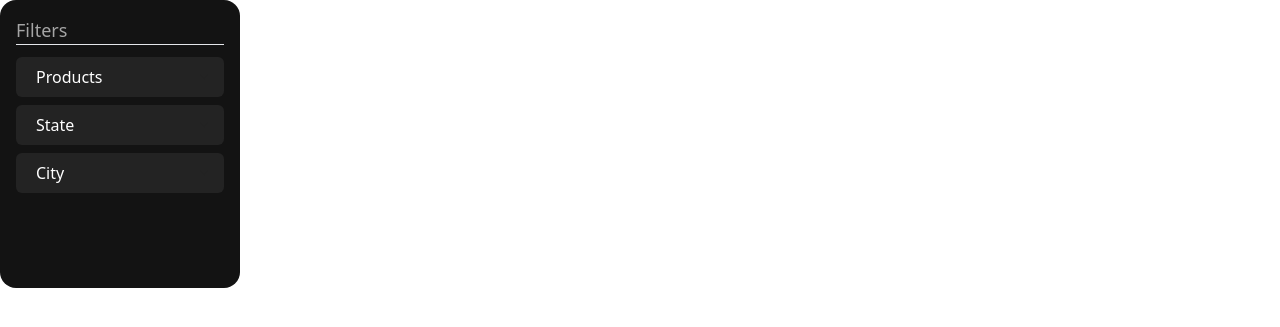
Repository: SayedJamil/Edvora-app
Page: /leftcard
The author's editor kept a copy of each file at every save. The page is drawn from the files as they stood at one save, then again after a run of saves.
The browser window is 1280 px wide. The pictures show the whole page.
The project was rebuilt for these pictures with package versions that can differ from the ones it lists, and the page was loaded fresh each time. The framework's server and built-in components were replaced by stand-ins that run in the browser. Also part of the build but not shown: next.config.js.

Above is the page before, as saved 2021-12-19 16:11:31.

### pages/leftcard.js
function leftcard() {
    return (
        <div className="h-72 w-60 bg-[#131313] rounded-2xl p-4">
            <h3 className="text-[#A5A5A5] font-light text-lg">Filters</h3>
            <div className="w-full bg-gray-200 h-px mb-3"></div>
            <div class="relative inline-flex w-full mb-2">
                <svg class="w-2 h-2 absolute top-0 right-0 m-4 pointer-events-none" xmlns="http://www.w3.org/2000/svg" viewBox="0 0 412 232"><path d="M206 171.144L42.678 7.822c-9.763-9.763-25.592-9.763-35.355 0-9.763 9.764-9.763 25.592 0 35.355l181 181c4.88 4.882 11.279 7.323 17.677 7.323s12.796-2.441 17.678-7.322l181-181c9.763-9.764 9.763-25.592 0-35.355-9.763-9.763-25.592-9.763-35.355 0L206 171.144z" fill="#232323" fill-rule="nonzero" /></svg>
                <select class="rounded-md h-10 pl-5 pr-10 bg-[#232323] hover:border-[#232323] focus:outline-none appearance-none outline-none text-white w-full">
                    <option>Products </option>
                    <option>Product 1</option>
                    <option>Product 2</option>
                </select>
            </div>

            <div class="relative inline-flex w-full mb-2">
                <svg class="w-2 h-2 absolute top-0 right-0 m-4 pointer-events-none" xmlns="http://www.w3.org/2000/svg" viewBox="0 0 412 232"><path d="M206 171.144L42.678 7.822c-9.763-9.763-25.592-9.763-35.355 0-9.763 9.764-9.763 25.592 0 35.355l181 181c4.88 4.882 11.279 7.323 17.677 7.323s12.796-2.441 17.678-7.322l181-181c9.763-9.764 9.763-25.592 0-35.355-9.763-9.763-25.592-9.763-35.355 0L206 171.144z" fill="#232323" fill-rule="nonzero" /></svg>
                <select class="rounded-md h-10 pl-5 pr-10 bg-[#232323] hover:border-[#232323] focus:outline-none appearance-none outline-none text-white w-full">
                    <option>State </option>
                    <option>State 1</option>
                    <option>State 2</option>
                    <option>State 3</option>
                </select>
            </div>
            <div class="relative inline-flex w-full mb-2">
                <svg class="w-2 h-2 absolute top-0 right-0 m-4 pointer-events-none" xmlns="http://www.w3.org/2000/svg" viewBox="0 0 412 232"><path d="M206 171.144L42.678 7.822c-9.763-9.763-25.592-9.763-35.355 0-9.763 9.764-9.763 25.592 0 35.355l181 181c4.88 4.882 11.279 7.323 17.677 7.323s12.796-2.441 17.678-7.322l181-181c9.763-9.764 9.763-25.592 0-35.355-9.763-9.763-25.592-9.763-35.355 0L206 171.144z" fill="#232323" fill-rule="nonzero" /></svg>
                <select class="rounded-md h-10 pl-5 pr-10 bg-[#232323] hover:border-[#232323] focus:outline-none appearance-none outline-none text-white w-full">
                    <option>City </option>
                    <option>City 1</option>
                    <option>City 2</option>
                </select>
            </div>


        </div>
    )
}

export default leftcard

### styles/globals.css
body {
  margin: 0;
  padding: 0;
}
@tailwind base;
@tailwind components;
@tailwind utilities;

Loaded but not shown: pages/_app.js (common file); tailwind.config.js (common file)

After the next 3 saves:
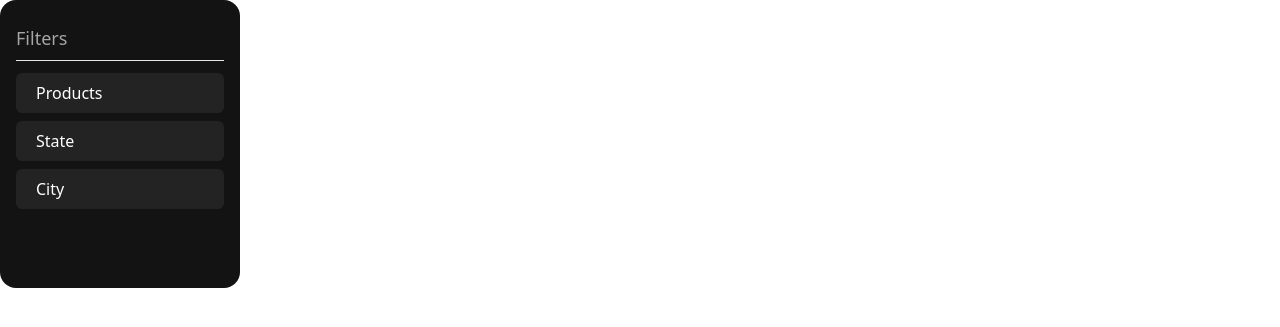
The 3 saves are shown as one change because they came seconds apart.
The last was saved 11 min 40 s later.
--- a/pages/leftcard.js
+++ b/pages/leftcard.js
@@ -1,7 +1,7 @@
 function leftcard() {
     return (
         <div className="h-72 w-60 bg-[#131313] rounded-2xl p-4">
-            <h3 className="text-[#A5A5A5] font-light text-lg">Filters</h3>
+            <h3 className="text-[#A5A5A5] font-light text-lg mt-2 mb-2">Filters</h3>
             <div className="w-full bg-gray-200 h-px mb-3"></div>
             <div class="relative inline-flex w-full mb-2">
                 <svg class="w-2 h-2 absolute top-0 right-0 m-4 pointer-events-none" xmlns="http://www.w3.org/2000/svg" viewBox="0 0 412 232"><path d="M206 171.144L42.678 7.822c-9.763-9.763-25.592-9.763-35.355 0-9.763 9.764-9.763 25.592 0 35.355l181 181c4.88 4.882 11.279 7.323 17.677 7.323s12.796-2.441 17.678-7.322l181-181c9.763-9.764 9.763-25.592 0-35.355-9.763-9.763-25.592-9.763-35.355 0L206 171.144z" fill="#232323" fill-rule="nonzero" /></svg>
